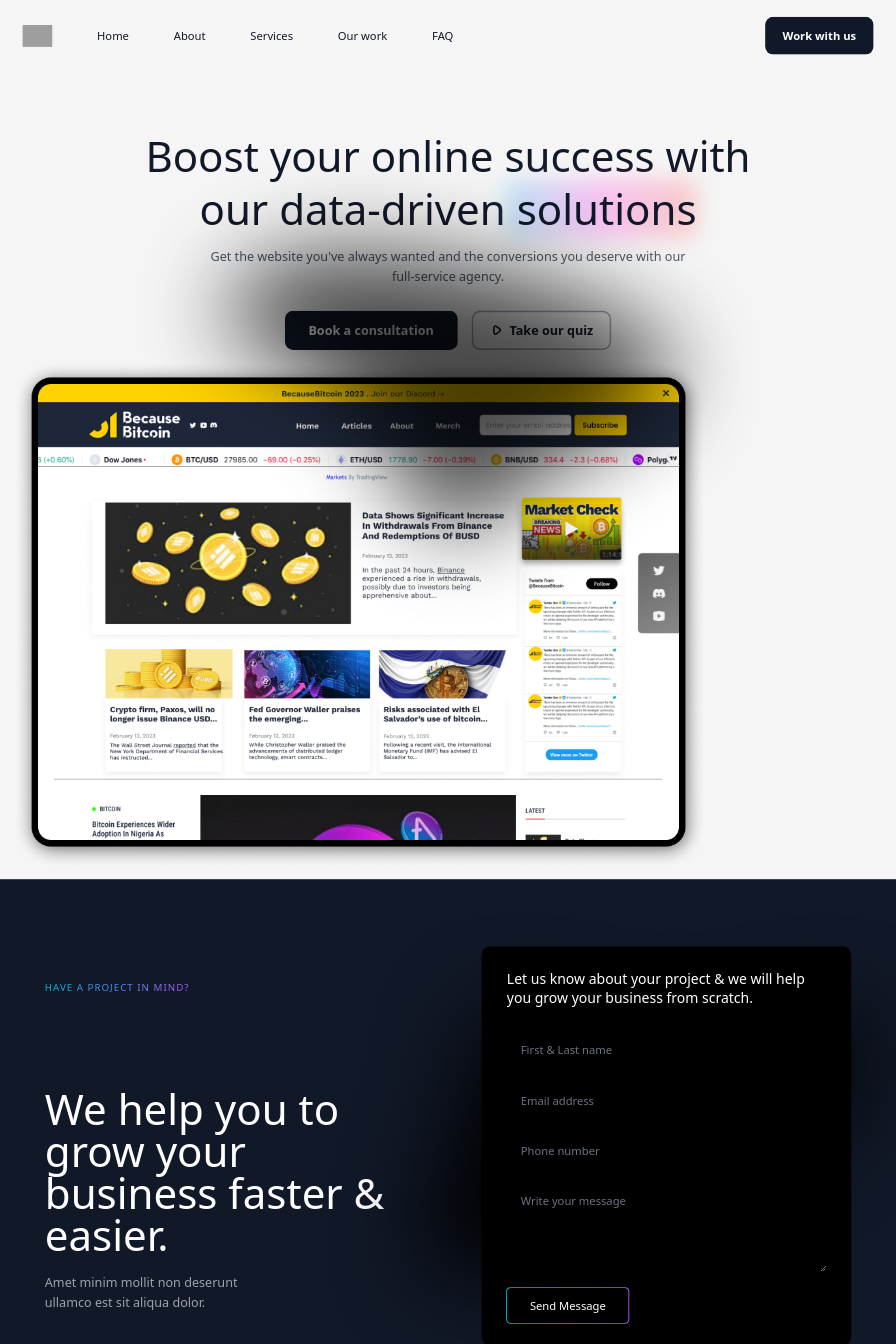
Repository: ornelasedward/mired_website
Page: /
These files come from the project's save history. The page is drawn as it stood at one moment and after the next save; the edit follows.
The browser window is 1280 px wide. The pictures show the part of the page from y = 0 to 1920 px (the page is 6401 px tall), at 70% of full size.
Pictures or frames that could not be fetched are drawn as grey boxes. The project was rebuilt for these pictures with package versions that can differ from the ones it lists, and the page was loaded fresh each time. The framework's server and built-in components were replaced by stand-ins that run in the browser. Also part of the build but not shown: next.config.js.

Above is the page before, as saved 2023-03-28 07:22:48.

After the next save:
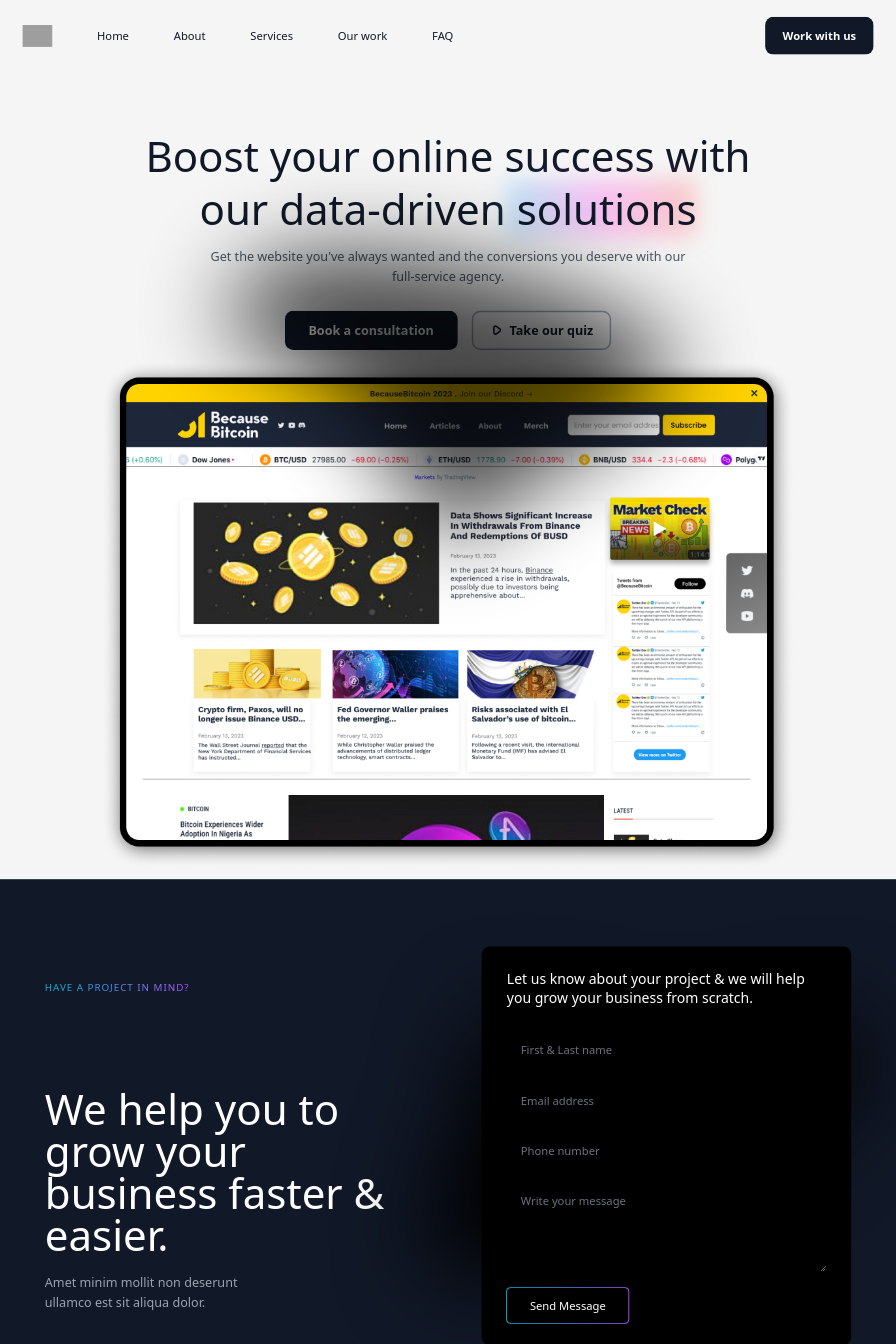
Saved 7 s later.
--- a/components/Hero.tsx
+++ b/components/Hero.tsx
@@ -226,7 +226,7 @@
             <div className="relative mx-auto">
               <div className="lg:max-w-6xl lg:mx-auto">
                 <Image
-                  className="transform scale-110"
+                  className="transform scale-110 m-auto"
                   src={header}
                   alt=""
                   width={900}
